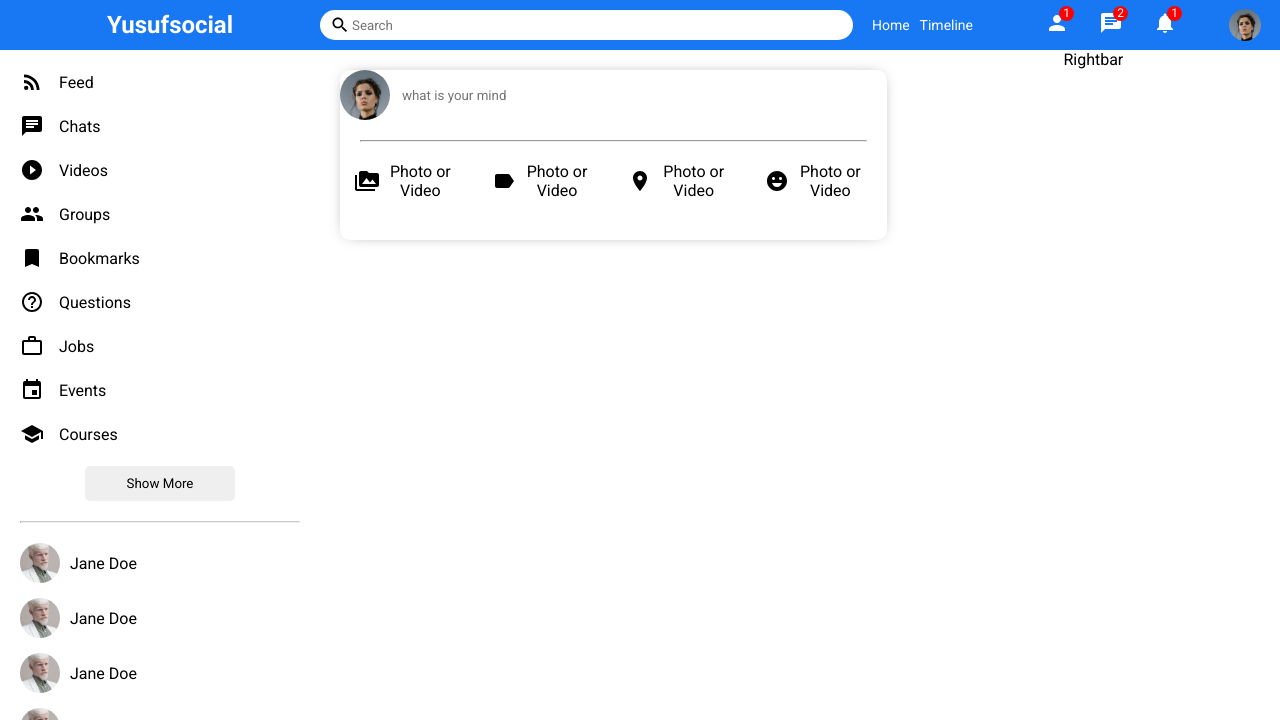
Repository: sevilgenysf/socialmediaapp
Page: /
An editor plug-in stored every save of this project. The page is shown before and after the next save, followed by the edit.
The browser window is 1280 px wide. The pictures show the whole page.
The project was rebuilt for these pictures with package versions that can differ from the ones it lists, and the page was loaded fresh each time.

Above is the page before, as saved 2022-02-17 10:10:41.

### public/index.html
<!DOCTYPE html>
<html lang="en">

<head>
	<meta charset="utf-8" />
	<meta name="viewport" content="width=device-width, initial-scale=1" />
	<meta name="description" content="Web site created using create-react-app" />
	<link href="https://fonts.googleapis.com/css2?family=Roboto:ital,wght@0,300;0,400;0,700;1,500&display=swap"
		rel="stylesheet">
	<link rel="stylesheet" href="style.css">
	<title>Social App</title>
</head>

<body>
	<noscript>You need to enable JavaScript to run this app.</noscript>
	<div id="root"></div>
</body>

</html>

### src/App.js
import React from 'react';
import Home from './pages/home/Home';
import './App.css';

function App() {
	return (
		<div className="App">
			<Home />
		</div>
	);
}

export default App;

### src/pages/home/Home.jsx
import React from 'react';
import Topbar from '../../components/topbar/Topbar';
import Sidebar from '../../components/sidebar/Sidebar';
import Feed from '../../components/feed/Feed';
import Rightbar from '../../components/rightbar/Rightbar';
import './home.css';

const Home = () => {
	return (
		<>
			<Topbar />
			<div className="homeContainer">
				<Sidebar />
				<Feed />
				<Rightbar />
			</div>
		</>
	);
};

export default Home;

### src/components/topbar/Topbar.jsx
import React from 'react';
import './topbar.css';
import { Search, Person, Chat, Notifications } from '@mui/icons-material';

const Topbar = () => {
	return (
		<div className="topbarContainer">
			<div className="topbarLeft">
				<span className="logo">Yusufsocial</span>
			</div>
			<div className="topbarCenter">
				<div className="searchbar">
					<Search className="searchIcon" />
					<input type="text" placeholder="Search" className="searchInput" />
				</div>
			</div>
			<div className="topbarRight">
				<div className="topbarLink">
					<span className="topbarLink">Home</span>
					<span className="topbarLink">Timeline</span>
				</div>
				<div className="topbarIcons">
					<div className="topbarIconItem">
						<Person />
						<span className="topbarIconBadge">1</span>
					</div>
					<div className="topbarIconItem">
						<Chat />
						<span className="topbarIconBadge">2</span>
					</div>
					<div className="topbarIconItem">
						<Notifications />
						<span className="topbarIconBadge">1</span>
					</div>
				</div>
				<img src="/assets/person/1.jpeg" alt="" className="topbarImg" />
			</div>
		</div>
	);
};

export default Topbar;

### src/components/sidebar/Sidebar.jsx
import React from 'react';
import './sidebar.css';
import {
	RssFeed,
	Chat,
	PlayCircleFilledOutlined,
	Group,
	Bookmark,
	HelpOutline,
	WorkOutline,
	Event,
	School
} from '@mui/icons-material';

const Sidebar = () => {
	return (
		<div className="sidebar">
			<div className="sidebarWrapper">
				<ul className="sidebarList">
					<li className="sidebarListItem">
						<RssFeed className="sidebarIcon" />
						<span className="sidebarListItemText">Feed</span>
					</li>
					<li className="sidebarListItem">
						<Chat className="sidebarIcon" />
						<span className="sidebarListItemText">Chats</span>
					</li>
					<li className="sidebarListItem">
						<PlayCircleFilledOutlined className="sidebarIcon" />
						<span className="sidebarListItemText">Videos</span>
					</li>
					<li className="sidebarListItem">
						<Group className="sidebarIcon" />
						<span className="sidebarListItemText">Groups</span>
					</li>
					<li className="sidebarListItem">
						<Bookmark className="sidebarIcon" />
						<span className="sidebarListItemText">Bookmarks</span>
					</li>
					<li className="sidebarListItem">
						<HelpOutline className="sidebarIcon" />
						<span className="sidebarListItemText">Questions</span>
					</li>
					<li className="sidebarListItem">
						<WorkOutline className="sidebarIcon" />
						<span className="sidebarListItemText">Jobs</span>
					</li>
					<li className="sidebarListItem">
						<Event className="sidebarIcon" />
						<span className="sidebarListItemText">Events</span>
					</li>
					<li className="sidebarListItem">
						<School className="sidebarIcon" />
						<span className="sidebarListItemText">Courses</span>
					</li>
				</ul>
				<button className="sidebarButton">Show More</button>
				<hr className="sidebarHr" />
				<ul className="sidebarFriendList">
					<li className="sidebarFriend">
						<img
							className="sidebarFriendImg"
							src="/assets/person/2.jpeg"
							alt=""
						/>
						<span className="sideBarFriendName">Jane Doe</span>
					</li>
					<li className="sidebarFriend">
						<img
							className="sidebarFriendImg"
							src="/assets/person/2.jpeg"
							alt=""
						/>
						<span className="sideBarFriendName">Jane Doe</span>
					</li>
					<li className="sidebarFriend">
						<img
							className="sidebarFriendImg"
							src="/assets/person/2.jpeg"
							alt=""
						/>
						<span className="sideBarFriendName">Jane Doe</span>
					</li>
					<li className="sidebarFriend">
						<img
							className="sidebarFriendImg"
							src="/assets/person/2.jpeg"
							alt=""
						/>
						<span className="sideBarFriendName">Jane Doe</span>
					</li>
					<li className="sidebarFriend">
						<img
							className="sidebarFriendImg"
							src="/assets/person/2.jpeg"
							alt=""
						/>
						<span className="sideBarFriendName">Jane Doe</span>
					</li>
					<li className="sidebarFriend">
						<img
							className="sidebarFriendImg"
							src="/assets/person/2.jpeg"
							alt=""
						/>
						<span className="sideBarFriendName">Jane Doe</span>
					</li>
					<li className="sidebarFriend">
						<img
							className="sidebarFriendImg"
							src="/assets/person/2.jpeg"
							alt=""
						/>
						<span className="sideBarFriendName">Jane Doe</span>
					</li>
					<li className="sidebarFriend">
						<img
							className="sidebarFriendImg"
							src="/assets/person/2.jpeg"
							alt=""
						/>
						<span className="sideBarFriendName">Jane Doe</span>
					</li>
					<li className="sidebarFriend">
						<img
							className="sidebarFriendImg"
							src="/assets/person/2.jpeg"
							alt=""
						/>
						<span className="sideBarFriendName">Jane Doe</span>
					</li>
					<li className="sidebarFriend">
						<img
							className="sidebarFriendImg"
							src="/assets/person/2.jpeg"
							alt=""
						/>
						<span className="sideBarFriendName">Jane Doe</span>
					</li>
					<li className="sidebarFriend">
						<img
							className="sidebarFriendImg"
							src="/assets/person/2.jpeg"
							alt=""
						/>
						<span className="sideBarFriendName">Jane Doe</span>
					</li>
				</ul>
			</div>
		</div>
	);
};

export default Sidebar;

### src/components/feed/Feed.jsx
import React from 'react';
import './feed.css';
import Share from '../../components/share/Share';

const Feed = () => {
	return (
		<div className="feed">
			<div className="feedWrapper">
				<Share />
			</div>
		</div>
	);
};

export default Feed;

### src/components/rightbar/Rightbar.jsx
import React from 'react';
import './rightbar.css';

const Rightbar = () => {
	return <div className="rightbar">Rightbar</div>;
};

export default Rightbar;

### src/pages/home/home.css
.homeContainer {
	display: flex;
	width: 100%;
}

### src/components/topbar/topbar.css
.topbarContainer {
	height: 50px;
	width: 100%;
	background-color: #1877f2;
	display: flex;
	align-items: center;
	position: sticky;
	top: 0;
}

.topbarLeft {
	flex: 3;
}

.logo {
	font-size: 24px;
	margin-left: 20px;
	font-weight: bold;
	color: #fff;
	cursor: pointer;
}

.topbarCenter {
	flex: 5;
}

.searchbar {
	width: 100%;
	height: 30px;
	background-color: #fff;
	border-radius: 30px;
	display: flex;
	align-items: center;
}

.searchIcon {
	font-size: 20px !important;
	margin-left: 10px;
}


.searchInput {
	border: none;
	width: 70%;
}

.searchInput:focus {
	outline: none;
}

.topbarRight {
	display: flex;
	align-items: center;
	justify-content: space-around;
	flex: 4;
	color: #fff;
}

.topbarLink {
	margin-right: 10px;
	font-size: 14px;
	cursor: pointer;
}

.topbarIcons {
	display: flex;
}

.topbarIconItem {
	margin: 15px;
	cursor: pointer;
	position: relative;
}

.topbarIconBadge {
	width: 15px;
	height: 15px;
	background-color: red;
	border-radius: 50%;
	color: #fff;
	position: absolute;
	top: -5px;
	right: -5px;
	align-items: center;
	justify-content: center;
	font-size: 12px;
}

.topbarImg {
	width: 32px;
	height: 32px;
	border-radius: 50%;
	object-fit: cover;
	cursor: pointer;
}

### src/components/sidebar/sidebar.css
.sidebar {
	flex: 3;
	height: calc(100vh - 50px);
	overflow-y: scroll;
}

::-webkit-scrollbar {
	width: 5px;
}

::-webkit-scrollbar-track {
	background: #f1f1f1;
}

::-webkit-scrollbar-thumb {
	background-color: rgb(167, 160, 160);
}

.sidebarWrapper {
	padding: 20px;
}

.sidebarList {
	padding: 0;
	margin: 0;
	list-style: none;
}

.sidebarListItem {
	display: flex;
	align-items: center;
	margin-bottom: 20px;
}

.sidebarIcon {
	margin-right: 15px;
}

.sidebarButton {
	width: 150px;
	border: none;
	padding: 10px;
	border-radius: 5px;
	font-weight: 500;
}

.sidebarHr {
	margin: 20px 0;
	border-top: 1px solid #ccc;
}

.sidebarFriendList {
	padding: 0;
	margin: 0;
	list-style: none;
}

.sidebarFriend {
	display: flex;
	align-items: center;
	margin-bottom: 15px;
}

.sidebarFriendImg {
	width: 40px;
	height: 40px;
	border-radius: 50%;
	object-fit: cover;
	margin-right: 10px;
}

### src/components/feed/feed.css
.feed {
	flex: 5.5;
}

.feedWrapper {
	padding: 20px;
}

### src/components/share/Share.jsx
import React from 'react';
import './share.css';
import { PermMedia, Label, Room, EmojiEmotions } from '@mui/icons-material';

const Share = () => {
	return (
		<div className="share">
			<div className="containerWrapper">
				<div className="shareTop">
					<img className="shareProfileImg" src="/assets/person/1.jpeg" alt="" />
					<input
						className="shareInput"
						type="text"
						placeholder="what is your mind"
					/>
				</div>
				<hr className="shareHr" />
				<div className="shareBottom">
					<div className="shareOptions">
						<div className="shareOption">
							<PermMedia className="shareIcon" />
							<span className="shareOptionText">Photo or Video</span>
						</div>
					</div>
					<div className="shareOptions">
						<div className="shareOption">
							<Label className="shareIcon" />
							<span className="shareOptionText">Photo or Video</span>
						</div>
					</div>
					<div className="shareOptions">
						<div className="shareOption">
							<Room className="shareIcon" />
							<span className="shareOptionText">Photo or Video</span>
						</div>
					</div>
					<div className="shareOptions">
						<div className="shareOption">
							<EmojiEmotions className="shareIcon" />
							<span className="shareOptionText">Photo or Video</span>
						</div>
					</div>
				</div>
			</div>
		</div>
	);
};

export default Share;

### src/components/rightbar/rightbar.css
.rightbar {
	flex: 3.5;
}

### src/components/share/share.css
.share {
	width: 100%;
	height: 170px;
	border-radius: 10px;
	-webkit-box-shadow: 0px 0px 16px -8px rgba(0,0,0,0.75);
	box-shadow: 0px 0px 16px -8px rgba(0,0,0,0.68);
}

.shareWrapper {
	padding: 10px;
}

.shareTop {
	display: flex;
	align-items: center;
}

.shareProfileImg {
	width: 50px;
	height: 50px;
	border-radius: 50%;
	object-fit: cover;
	margin-right: 10px;
}

.shareInput {
	border: none;
	width: 80%;
}

.shareInput:focus {
	outline: none;
}

.shareHr {
	margin: 20px;
}

.shareBottom {
	display: flex;
	align-items: center;
	justify-content: space-between;
}

.shareOptions {
	display: flex;
	margin-left: 15px;
}

.shareOption {
	display: flex;
	align-items: center;
	margin-right: 15px;
	cursor: pointer;
}

### public/style.css
* {
	margin: 0;
	font-family: 'Roboto', sans-serif ;
}

Loaded but not shown: src/index.js (common file); src/index.css (common file); src/App.css (common file)

After the next save:
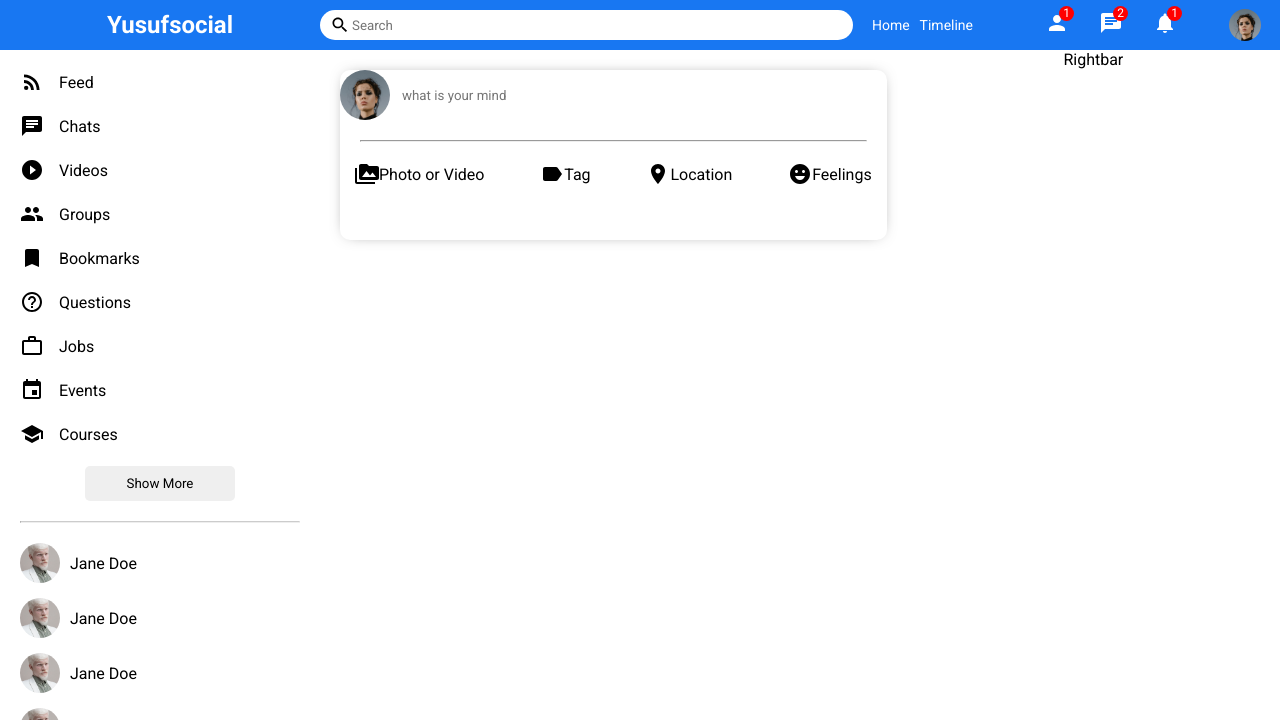
Saved 60 s later.
--- a/src/components/share/Share.jsx
+++ b/src/components/share/Share.jsx
@@ -25,19 +25,19 @@ const Share = () => {
 					<div className="shareOptions">
 						<div className="shareOption">
 							<Label className="shareIcon" />
-							<span className="shareOptionText">Photo or Video</span>
+							<span className="shareOptionText">Tag</span>
 						</div>
 					</div>
 					<div className="shareOptions">
 						<div className="shareOption">
 							<Room className="shareIcon" />
-							<span className="shareOptionText">Photo or Video</span>
+							<span className="shareOptionText">Location</span>
 						</div>
 					</div>
 					<div className="shareOptions">
 						<div className="shareOption">
 							<EmojiEmotions className="shareIcon" />
-							<span className="shareOptionText">Photo or Video</span>
+							<span className="shareOptionText">Feelings</span>
 						</div>
 					</div>
 				</div>
